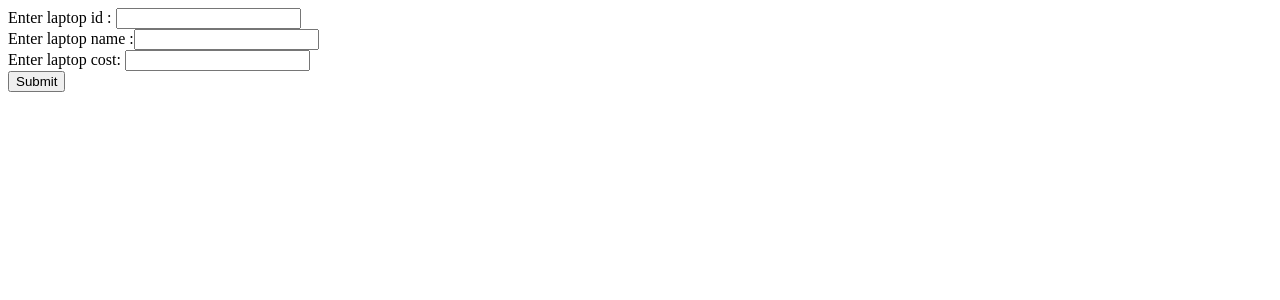
Repository: samrudhishetty/LayeredArchitecture
Page: http://localhost/ArchitectureDemo/
An editor plug-in stored every save of this project. The page is shown before and after the next save, followed by the edit.
The browser window is 1280 px wide. The pictures show the whole page.
The page is served by Tomcat 9.

Above is the page before, as saved 2023-08-28 06:13:40.

After the next save:
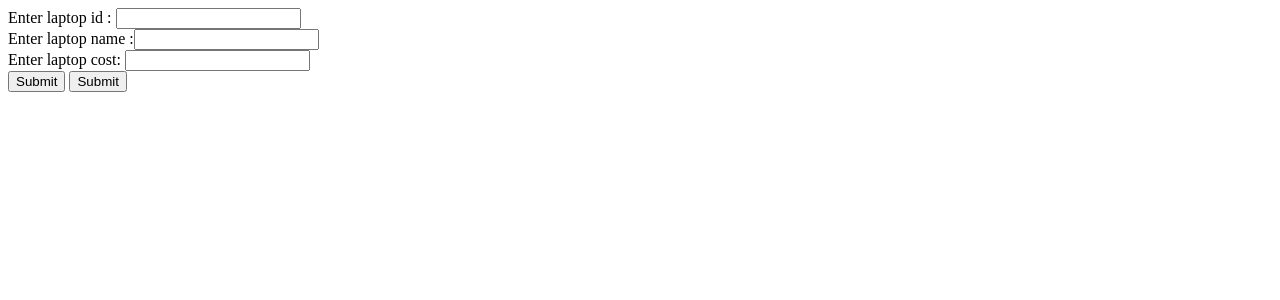
Saved 10 min 46 s later.
--- a/ArchitectureDemo/src/main/webapp/index.jsp
+++ b/ArchitectureDemo/src/main/webapp/index.jsp
@@ -15,6 +15,11 @@
 
 		Enter laptop cost: <input type="text" name="cost" /><br>
 		<input type="submit">
+
+
+		<form action="showlap">
+
+		<input type="submit">
 	</form>
 </body>
 </html>
